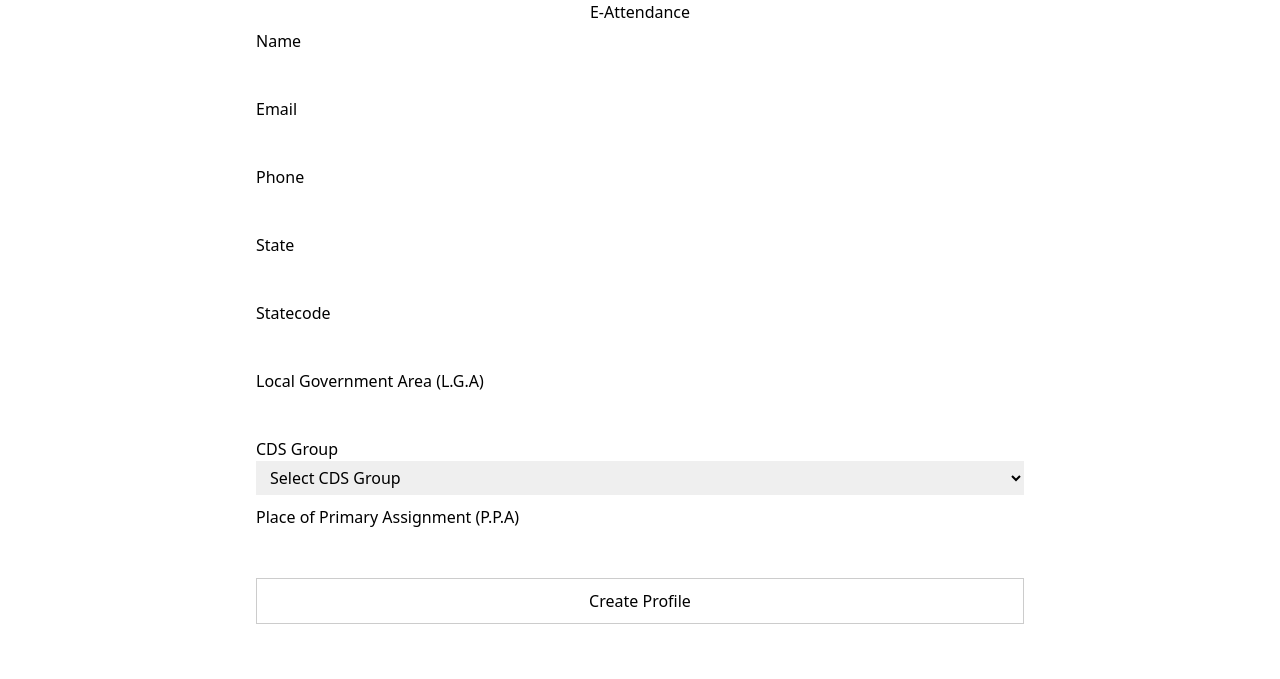
Repository: latenightsnacc/attendance-sheet
Page: / (app in docs/client/)
An editor plug-in stored every save of this project. The page is shown before and after the next save, followed by the edit.
The browser window is 1280 px wide. The pictures show the whole page.
The project was rebuilt for these pictures with package versions that can differ from the ones it lists, and the page was loaded fresh each time. Also part of the build but not shown: docs/client/src/List.js.

Above is the page before, as saved 2022-01-21 11:29:26.

After the next save:
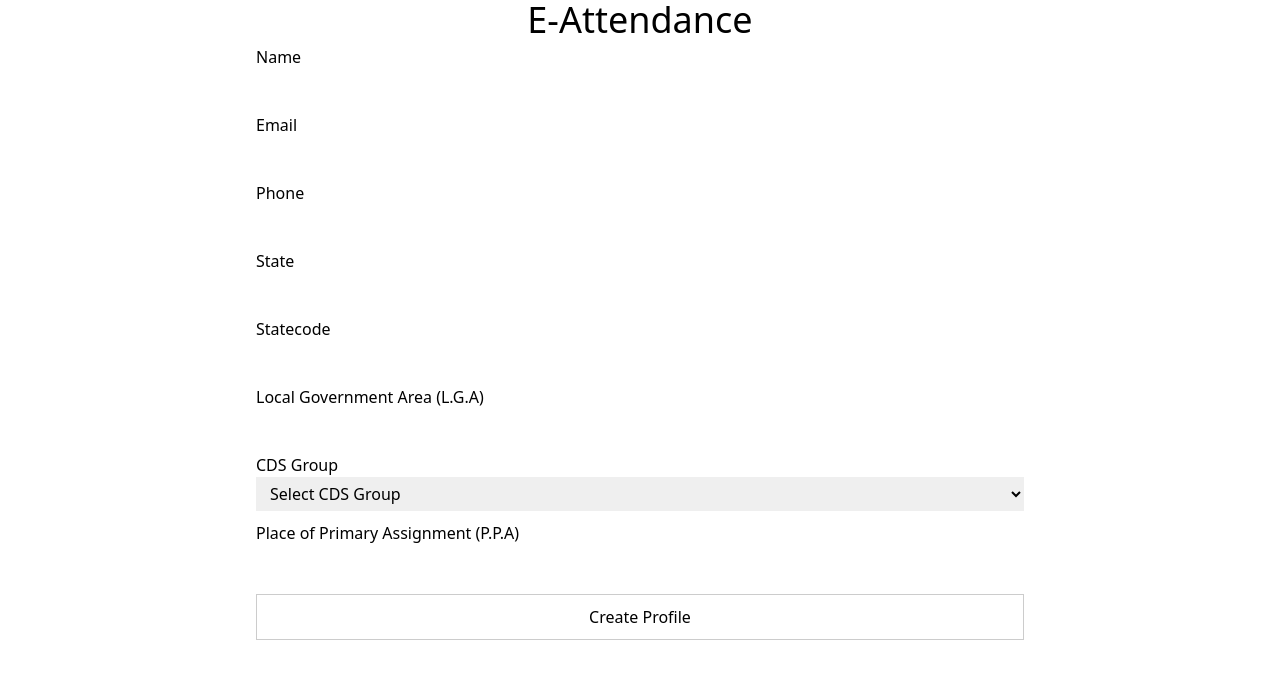
Saved 5 s later.
--- a/docs/client/src/App.js
+++ b/docs/client/src/App.js
@@ -47,7 +47,7 @@ function App() {
 
   return (
     <div className="App">
-      <h1 className=''>E-Attendance</h1>
+      <h1 className='text-4xl'>E-Attendance</h1>
       <form onSubmit={createProfile} className="form">
           <div className="form-group">
             <label for="name">Name</label>
